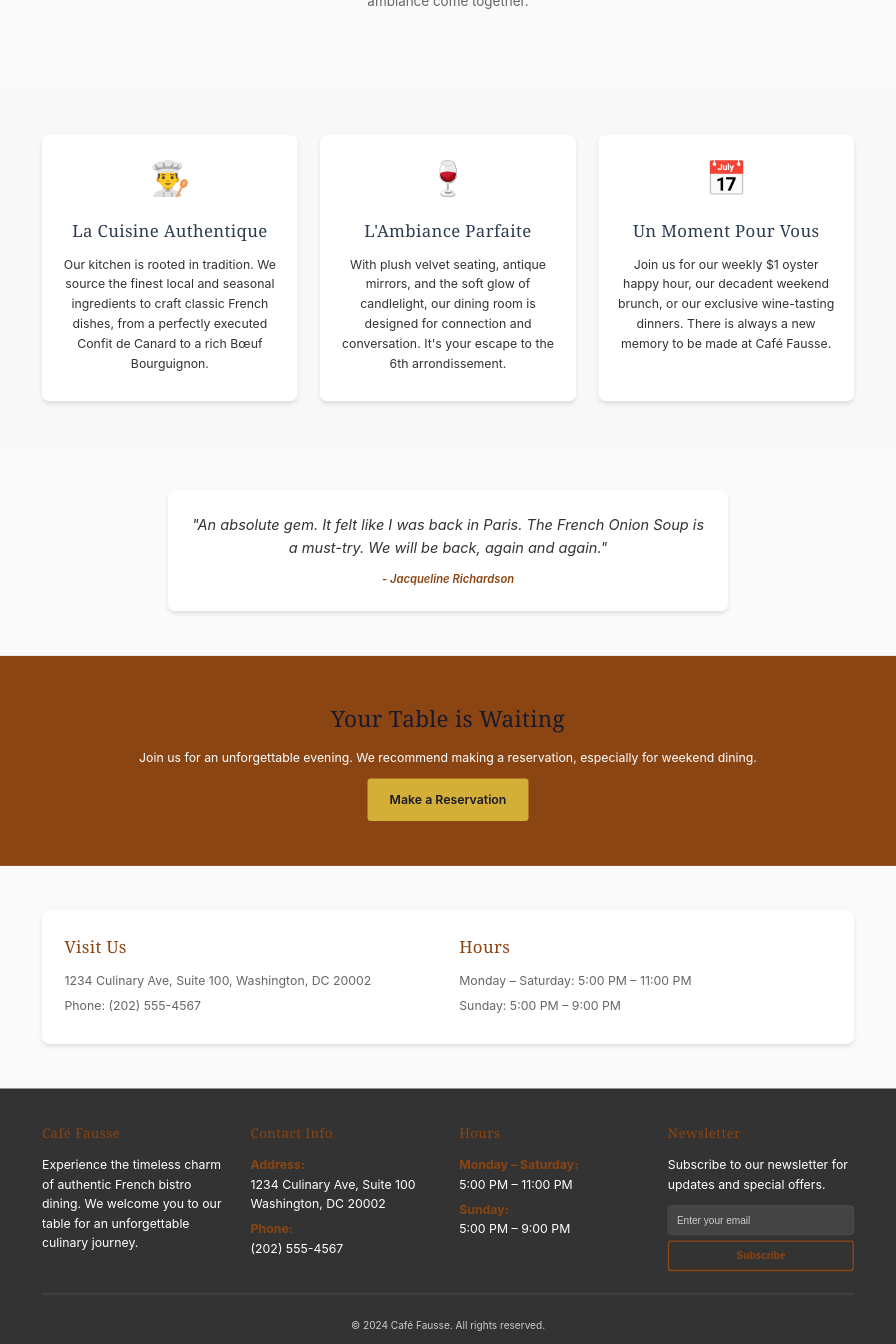
Repository: MatVanDenArt/MSSE-Cafe-Fausse
Page: / (app in frontend/)
The author's editor kept a copy of each file at every save. The page is drawn from the files as they stood at one save, then again after the next save.
The browser window is 1280 px wide. The pictures show the part of the page from y = 1050 to 2970 px (the page is 2970 px tall), at 70% of full size.
The page's requests for data from a server got no answer. The project was rebuilt for these pictures with package versions that can differ from the ones it lists, and the page was loaded fresh each time. No one was signed in, and anything a server would have sent is missing. Also part of the build but not shown: frontend/src/pages/Menu.css, frontend/src/pages/Menu.js, frontend/src/pages/Reservations.css, frontend/src/pages/Reservations.js, frontend/src/pages/About.css, frontend/src/pages/About.js, frontend/src/pages/Gallery.css, frontend/src/pages/Gallery.js.

Above is the page before, as saved 2025-10-26 15:05:06.

### frontend/src/App.js
import React from "react";
import { BrowserRouter as Router, Routes, Route } from "react-router-dom";
import "./App.css";

// Import components
import Header from "./components/Header";
import Footer from "./components/Footer";
import Home from "./pages/Home";
import Menu from "./pages/Menu";
import Reservations from "./pages/Reservations";
import About from "./pages/About";
import Gallery from "./pages/Gallery";

function App() {
  return (
    <Router>
      <div className="App">
        <Header />
        <main className="main-content">
          <Routes>
            <Route path="/" element={<Home />} />
            <Route path="/menu" element={<Menu />} />
            <Route path="/reservations" element={<Reservations />} />
            <Route path="/about" element={<About />} />
            <Route path="/gallery" element={<Gallery />} />
          </Routes>
        </main>
        <Footer />
      </div>
    </Router>
  );
}

export default App;

### frontend/src/App.css
/* Global Styles */
* {
  margin: 0;
  padding: 0;
  box-sizing: border-box;
}

@import url("https://fonts.googleapis.com/css2?family=Cormorant+Garamond:ital,wght@0,300;0,400;0,500;0,600;0,700;1,300;1,400;1,500;1,600&family=Inter:wght@300;400;500;600&family=Source+Sans+Pro:ital,wght@0,300;0,400;0,600;1,300;1,400&display=swap");

body {
  font-family: "Inter", "Source Sans Pro", "Helvetica Neue", "Arial", sans-serif;
  line-height: 1.6;
  color: #333;
  background-color: #fafafa;
  font-weight: 400;
}

.App {
  min-height: 100vh;
  display: flex;
  flex-direction: column;
}

.main-content {
  flex: 1;
  padding-top: 80px; /* Account for fixed header */
}

/* Typography */
h1,
h2,
h3,
h4,
h5,
h6 {
  font-family: "Cormorant Garamond", "EB Garamond", "Georgia", "Times New Roman",
    serif;
  font-weight: 500;
  margin-bottom: 1rem;
  letter-spacing: 0.5px;
}

h1 {
  font-size: 2.5rem;
  color: #1a1a2e;
}

h2 {
  font-size: 2rem;
  color: #1a1a2e;
}

h3 {
  font-size: 1.5rem;
  color: #2c3e50;
}

p {
  margin-bottom: 1rem;
  font-size: 1.1rem;
  font-family: "Inter", "Source Sans Pro", "Helvetica Neue", "Arial", sans-serif;
}

/* Container */
.container {
  max-width: 1200px;
  margin: 0 auto;
  padding: 0 20px;
}

/* Grid System */
.grid {
  display: grid;
  gap: 2rem;
}

.grid-2 {
  grid-template-columns: repeat(auto-fit, minmax(300px, 1fr));
}

.grid-3 {
  grid-template-columns: repeat(auto-fit, minmax(250px, 1fr));
}

.grid-4 {
  grid-template-columns: repeat(auto-fit, minmax(200px, 1fr));
}

/* Flexbox Utilities */
.flex {
  display: flex;
}

.flex-center {
  display: flex;
  justify-content: center;
  align-items: center;
}

.flex-between {
  display: flex;
  justify-content: space-between;
  align-items: center;
}

.flex-column {
  display: flex;
  flex-direction: column;
}

/* Buttons */
.btn {
  display: inline-block;
  padding: 12px 24px;
  background-color: #d4af37;
  color: #1a1a2e;
  text-decoration: none;
  border: none;
  border-radius: 5px;
  font-size: 1rem;
  font-weight: 600;
  cursor: pointer;
  transition: all 0.3s ease;
  text-align: center;
}

.btn:hover {
  background-color: #b8941f;
  transform: translateY(-2px);
  box-shadow: 0 4px 12px rgba(212, 175, 55, 0.3);
}

.btn-secondary {
  background-color: transparent;
  color: #d4af37;
  border: 2px solid #d4af37;
}

.btn-secondary:hover {
  background-color: #d4af37;
  color: #1a1a2e;
}

.btn-large {
  padding: 16px 32px;
  font-size: 1.1rem;
}

/* Forms */
.form-group {
  margin-bottom: 1.5rem;
}

.form-label {
  display: block;
  margin-bottom: 0.5rem;
  font-weight: 600;
  color: #2c3e50;
}

.form-input,
.form-select,
.form-textarea {
  width: 100%;
  padding: 12px;
  border: 2px solid #ddd;
  border-radius: 5px;
  font-size: 1rem;
  transition: border-color 0.3s ease;
}

.form-input:focus,
.form-select:focus,
.form-textarea:focus {
  outline: none;
  border-color: #d4af37;
  box-shadow: 0 0 0 3px rgba(212, 175, 55, 0.1);
}

.form-textarea {
  resize: vertical;
  min-height: 100px;
}

/* Cards */
.card {
  background: white;
  border-radius: 10px;
  box-shadow: 0 4px 6px rgba(0, 0, 0, 0.1);
  overflow: hidden;
  transition: transform 0.3s ease;
}

.card:hover {
  transform: translateY(-5px);
}

.card-body {
  padding: 1.5rem;
}

.card-title {
  font-size: 1.25rem;
  margin-bottom: 0.5rem;
  color: #1a1a2e;
}

.card-text {
  color: #666;
  margin-bottom: 1rem;
}

/* Images */
.img-responsive {
  width: 100%;
  height: auto;
  display: block;
}

.img-rounded {
  border-radius: 10px;
}

/* Sections */
.section {
  padding: 4rem 0;
}

.section-dark {
  background-color: #8b4513;
  color: white;
}

.section-light {
  background-color: #f8f8f8;
}

.section-title {
  text-align: center;
  margin-bottom: 3rem;
}

.section-title h2 {
  font-size: 2.5rem;
  margin-bottom: 1rem;
}

.section-title p {
  font-size: 1.2rem;
  color: #666;
  max-width: 600px;
  margin: 0 auto;
}

/* Hero Section - Moved to Home.css */

.hero-content h1 {
  font-size: 3.5rem;
  margin-bottom: 1rem;
  color: white;
}

.hero-content p {
  font-size: 1.3rem;
  margin-bottom: 2rem;
  max-width: 600px;
}

.hero-buttons {
  display: flex;
  gap: 1rem;
  justify-content: center;
  flex-wrap: wrap;
}

/* Navigation */
.nav {
  background-color: white;
  box-shadow: 0 2px 10px rgba(0, 0, 0, 0.1);
  position: fixed;
  top: 0;
  left: 0;
  right: 0;
  z-index: 1000;
}

.nav-container {
  display: flex;
  justify-content: space-between;
  align-items: center;
  padding: 1rem 0;
}

.nav-logo {
  font-size: 1.5rem;
  font-weight: bold;
  color: #8b4513;
  text-decoration: none;
}

.nav-menu {
  display: flex;
  list-style: none;
  gap: 2rem;
}

.nav-link {
  color: #333;
  text-decoration: none;
  font-weight: 500;
  transition: color 0.3s ease;
}

.nav-link:hover {
  color: #8b4513;
}

/* Footer */
.footer {
  background-color: #333;
  color: white;
  padding: 3rem 0 1rem;
}

.footer-content {
  display: grid;
  grid-template-columns: repeat(auto-fit, minmax(250px, 1fr));
  gap: 2rem;
  margin-bottom: 2rem;
}

.footer-section h3 {
  color: #8b4513;
  margin-bottom: 1rem;
}

.footer-bottom {
  text-align: center;
  padding-top: 2rem;
  border-top: 1px solid #555;
  color: #ccc;
}

/* Responsive Design */
@media (max-width: 768px) {
  .container {
    padding: 0 15px;
  }

  .hero-content h1 {
    font-size: 2.5rem;
  }

  .hero-content p {
    font-size: 1.1rem;
  }

  .hero-buttons {
    flex-direction: column;
    align-items: center;
  }

  .nav-menu {
    flex-direction: column;
    gap: 1rem;
  }

  .grid-2,
  .grid-3,
  .grid-4 {
    grid-template-columns: 1fr;
  }

  h1 {
    font-size: 2rem;
  }

  h2 {
    font-size: 1.5rem;
  }
}

@media (max-width: 480px) {
  .hero-content h1 {
    font-size: 2rem;
  }

  .section {
    padding: 2rem 0;
  }

  .btn {
    padding: 10px 20px;
    font-size: 0.9rem;
  }
}

/* Utility Classes */
.text-center {
  text-align: center;
}

.text-left {
  text-align: left;
}

.text-right {
  text-align: right;
}

.mb-1 {
  margin-bottom: 0.5rem;
}
.mb-2 {
  margin-bottom: 1rem;
}
.mb-3 {
  margin-bottom: 1.5rem;
}
.mb-4 {
  margin-bottom: 2rem;
}

.mt-1 {
  margin-top: 0.5rem;
}
.mt-2 {
  margin-top: 1rem;
}
.mt-3 {
  margin-top: 1.5rem;
}
.mt-4 {
  margin-top: 2rem;
}

.p-1 {
  padding: 0.5rem;
}
.p-2 {
  padding: 1rem;
}
.p-3 {
  padding: 1.5rem;
}
.p-4 {
  padding: 2rem;
}

.hidden {
  display: none;
}

.visible {
  display: block;
}

### frontend/src/components/Header.js
import React, { useState } from "react";
import { Link, useLocation } from "react-router-dom";
import "./Header.css";

const Header = () => {
  const [isMenuOpen, setIsMenuOpen] = useState(false);
  const location = useLocation();

  const toggleMenu = () => {
    setIsMenuOpen(!isMenuOpen);
  };

  const closeMenu = () => {
    setIsMenuOpen(false);
  };

  const isActive = (path) => {
    return location.pathname === path ? "active" : "";
  };

  return (
    <nav className="nav">
      <div className="container">
        <div className="nav-container">
          <Link to="/" className="nav-logo" onClick={closeMenu}>
            <img
              src="/images/Logo - Cafe Fausse.png"
              alt="Café Fausse Logo"
              className="nav-logo-img"
            />
            <span className="nav-logo-text">Café Fausse</span>
          </Link>

          <div className={`nav-menu ${isMenuOpen ? "nav-menu-open" : ""}`}>
            <Link
              to="/"
              className={`nav-link ${isActive("/")}`}
              onClick={closeMenu}
            >
              Home
            </Link>
            <Link
              to="/menu"
              className={`nav-link ${isActive("/menu")}`}
              onClick={closeMenu}
            >
              Menu
            </Link>
            <Link
              to="/reservations"
              className={`nav-link ${isActive("/reservations")}`}
              onClick={closeMenu}
            >
              Reservations
            </Link>
            <Link
              to="/about"
              className={`nav-link ${isActive("/about")}`}
              onClick={closeMenu}
            >
              About Us
            </Link>
            <Link
              to="/gallery"
              className={`nav-link ${isActive("/gallery")}`}
              onClick={closeMenu}
            >
              Gallery
            </Link>
          </div>

          <button
            className="nav-toggle"
            onClick={toggleMenu}
            aria-label="Toggle navigation menu"
          >
            <span className="nav-toggle-line"></span>
            <span className="nav-toggle-line"></span>
            <span className="nav-toggle-line"></span>
          </button>
        </div>
      </div>
    </nav>
  );
};

export default Header;

### frontend/src/components/Footer.js
import React, { useState } from "react";
import "./Footer.css";

const Footer = () => {
  const [email, setEmail] = useState("");
  const [isSubscribed, setIsSubscribed] = useState(false);
  const [isLoading, setIsLoading] = useState(false);

  const handleNewsletterSubmit = async (e) => {
    e.preventDefault();
    if (!email) return;

    setIsLoading(true);
    try {
      const response = await fetch("http://localhost:5000/api/newsletter", {
        method: "POST",
        headers: {
          "Content-Type": "application/json",
        },
        body: JSON.stringify({ email }),
      });

      if (response.ok) {
        setIsSubscribed(true);
        setEmail("");
      } else {
        const error = await response.json();
        console.error("Newsletter signup error:", error);
      }
    } catch (error) {
      console.error("Newsletter signup error:", error);
    } finally {
      setIsLoading(false);
    }
  };

  return (
    <footer className="footer">
      <div className="container">
        <div className="footer-content">
          <div className="footer-section">
            <h3>Café Fausse</h3>
            <p>
              Experience the timeless charm of authentic French bistro dining.
              We welcome you to our table for an unforgettable culinary journey.
            </p>
          </div>

          <div className="footer-section">
            <h3>Contact Info</h3>
            <p>
              <strong>Address:</strong><br />
              1234 Culinary Ave, Suite 100<br />
              Washington, DC 20002
            </p>
            <p>
              <strong>Phone:</strong><br />
              (202) 555-4567
            </p>
          </div>

          <div className="footer-section">
            <h3>Hours</h3>
            <p>
              <strong>Monday – Saturday:</strong><br />
              5:00 PM – 11:00 PM
            </p>
            <p>
              <strong>Sunday:</strong><br />
              5:00 PM – 9:00 PM
            </p>
          </div>

          <div className="footer-section">
            <h3>Newsletter</h3>
            <p>Subscribe to our newsletter for updates and special offers.</p>
            {isSubscribed ? (
              <div className="newsletter-success">
                <p>Thank you for subscribing!</p>
              </div>
            ) : (
              <form onSubmit={handleNewsletterSubmit} className="newsletter-form">
                <input
                  type="email"
                  placeholder="Enter your email"
                  value={email}
                  onChange={(e) => setEmail(e.target.value)}
                  required
                  className="newsletter-input"
                />
                <button
                  type="submit"
                  disabled={isLoading}
                  className="btn btn-secondary newsletter-btn"
                >
                  {isLoading ? "Subscribing..." : "Subscribe"}
                </button>
              </form>
            )}
          </div>
        </div>

        <div className="footer-bottom">
          <p>&copy; 2024 Café Fausse. All rights reserved.</p>
        </div>
      </div>
    </footer>
  );
};

export default Footer;

### frontend/src/components/Header.css
.nav {
  background-color: white;
  box-shadow: 0 2px 10px rgba(0, 0, 0, 0.1);
  position: fixed;
  top: 0;
  left: 0;
  right: 0;
  z-index: 1000;
}

.nav-container {
  display: flex;
  justify-content: space-between;
  align-items: center;
  padding: 1rem 0;
}

.nav-logo {
  display: flex;
  align-items: center;
  gap: 0.5rem;
  text-decoration: none;
  font-family: "Cormorant Garamond", "EB Garamond", "Georgia", "Times New Roman",
    serif;
  font-weight: 500;
  letter-spacing: 0.5px;
}

.nav-logo-img {
  height: 40px;
  width: auto;
}

.nav-logo-text {
  font-size: 1.5rem;
  font-weight: bold;
  color: #8b4513;
}

.nav-logo:hover .nav-logo-text {
  color: #a0522d;
}

.nav-menu {
  display: flex;
  list-style: none;
  gap: 2rem;
  margin: 0;
  padding: 0;
}

.nav-link {
  color: #333;
  text-decoration: none;
  font-weight: 500;
  transition: color 0.3s ease;
  padding: 0.5rem 0;
  position: relative;
}

.nav-link:hover,
.nav-link.active {
  color: #8b4513;
}

.nav-link.active::after {
  content: "";
  position: absolute;
  bottom: 0;
  left: 0;
  right: 0;
  height: 2px;
  background-color: #8b4513;
}

.nav-toggle {
  display: none;
  flex-direction: column;
  background: none;
  border: none;
  cursor: pointer;
  padding: 0.5rem;
}

.nav-toggle-line {
  width: 25px;
  height: 3px;
  background-color: #8b4513;
  margin: 3px 0;
  transition: 0.3s;
}

/* Mobile Navigation */
@media (max-width: 768px) {
  .nav-toggle {
    display: flex;
  }

  .nav-menu {
    position: fixed;
    top: 100%;
    left: 0;
    right: 0;
    background-color: white;
    flex-direction: column;
    padding: 2rem;
    box-shadow: 0 2px 10px rgba(0, 0, 0, 0.1);
    transform: translateY(-100%);
    opacity: 0;
    visibility: hidden;
    transition: all 0.3s ease;
  }

  .nav-menu-open {
    transform: translateY(0);
    opacity: 1;
    visibility: visible;
  }

  .nav-link {
    padding: 1rem 0;
    border-bottom: 1px solid #eee;
    text-align: center;
  }

  .nav-link:last-child {
    border-bottom: none;
  }

  .nav-toggle-line:nth-child(1) {
    transform: rotate(45deg) translate(5px, 5px);
  }

  .nav-toggle-line:nth-child(2) {
    opacity: 0;
  }

  .nav-toggle-line:nth-child(3) {
    transform: rotate(-45deg) translate(7px, -6px);
  }
}

### frontend/src/components/Footer.css
.footer {
  background-color: #333;
  color: white;
  padding: 3rem 0 1rem;
  margin-top: auto;
}

.footer-content {
  display: grid;
  grid-template-columns: repeat(auto-fit, minmax(250px, 1fr));
  gap: 2rem;
  margin-bottom: 2rem;
}

.footer-section h3 {
  color: #8b4513;
  margin-bottom: 1rem;
  font-size: 1.2rem;
  font-family: "Cormorant Garamond", "EB Garamond", "Georgia", "Times New Roman",
    serif;
  font-weight: 500;
  letter-spacing: 0.5px;
}

.footer-section p {
  margin-bottom: 0.5rem;
  line-height: 1.6;
}

.footer-section strong {
  color: #8b4513;
}

.newsletter-form {
  display: flex;
  flex-direction: column;
  gap: 0.5rem;
  margin-top: 1rem;
}

.newsletter-input {
  padding: 0.75rem;
  border: 1px solid #555;
  border-radius: 5px;
  background-color: #444;
  color: white;
  font-size: 0.9rem;
}

.newsletter-input::placeholder {
  color: #ccc;
}

.newsletter-input:focus {
  outline: none;
  border-color: #8b4513;
}

.newsletter-btn {
  padding: 0.75rem;
  font-size: 0.9rem;
  border: 2px solid #8b4513;
  background-color: transparent;
  color: #8b4513;
}

.newsletter-btn:hover {
  background-color: #8b4513;
  color: white;
}

.newsletter-btn:disabled {
  opacity: 0.6;
  cursor: not-allowed;
}

.newsletter-success {
  background-color: #4caf50;
  padding: 1rem;
  border-radius: 5px;
  text-align: center;
  margin-top: 1rem;
}

.newsletter-success p {
  margin: 0;
  color: white;
  font-weight: 600;
}

.footer-bottom {
  text-align: center;
  padding-top: 2rem;
  border-top: 1px solid #555;
  color: #ccc;
}

.footer-bottom p {
  margin: 0;
  font-size: 0.9rem;
}

@media (max-width: 768px) {
  .footer {
    padding: 2rem 0 1rem;
  }

  .footer-content {
    grid-template-columns: 1fr;
    gap: 1.5rem;
  }

  .newsletter-form {
    flex-direction: column;
  }
}

### frontend/src/pages/Home.css
.home {
  min-height: 100vh;
}

.hero {
  height: 100vh;
  display: flex;
  align-items: center;
  justify-content: center;
  text-align: center;
  color: white;
  position: relative;
}

.hero-content h1 {
  font-size: 3.5rem;
  margin-bottom: 1rem;
  color: white;
  text-shadow: 2px 2px 4px rgba(0, 0, 0, 0.5);
}

.hero-content p {
  font-size: 1.3rem;
  margin-bottom: 2rem;
  max-width: 600px;
  text-shadow: 1px 1px 2px rgba(0, 0, 0, 0.5);
}

.hero-buttons {
  display: flex;
  gap: 1rem;
  justify-content: center;
  flex-wrap: wrap;
}

.pillar-icon {
  font-size: 3rem;
  margin-bottom: 1rem;
}

.testimonial {
  text-align: center;
  max-width: 800px;
  margin: 0 auto;
  padding: 2rem;
  background: white;
  border-radius: 10px;
  box-shadow: 0 4px 6px rgba(0, 0, 0, 0.1);
}

.testimonial blockquote {
  font-size: 1.3rem;
  font-style: italic;
  margin-bottom: 1rem;
  color: #333;
  line-height: 1.6;
}

.testimonial cite {
  font-size: 1rem;
  color: #8b4513;
  font-weight: 600;
}

.contact-info {
  background: white;
  padding: 2rem;
  border-radius: 10px;
  box-shadow: 0 4px 6px rgba(0, 0, 0, 0.1);
}

.contact-info h3 {
  color: #8b4513;
  margin-bottom: 1rem;
}

.contact-info p {
  margin-bottom: 0.5rem;
  color: #666;
}

@media (max-width: 768px) {
  .hero-content h1 {
    font-size: 2.5rem;
  }

  .hero-content p {
    font-size: 1.1rem;
  }

  .hero-buttons {
    flex-direction: column;
    align-items: center;
  }

  .pillar-icon {
    font-size: 2.5rem;
  }

  .testimonial {
    padding: 1.5rem;
  }

  .testimonial blockquote {
    font-size: 1.1rem;
  }

  .contact-info {
    padding: 1.5rem;
  }
}

@media (max-width: 480px) {
  .hero-content h1 {
    font-size: 2rem;
  }

  .hero-content p {
    font-size: 1rem;
  }

  .testimonial {
    padding: 1rem;
  }

  .testimonial blockquote {
    font-size: 1rem;
  }
}

Loaded but not shown: frontend/public/index.html (common file); frontend/src/index.js (common file); frontend/src/index.css (common file); frontend/src/reportWebVitals.js (common file); frontend/src/pages/Home.js (180 lines, source omitted)

After the next save:
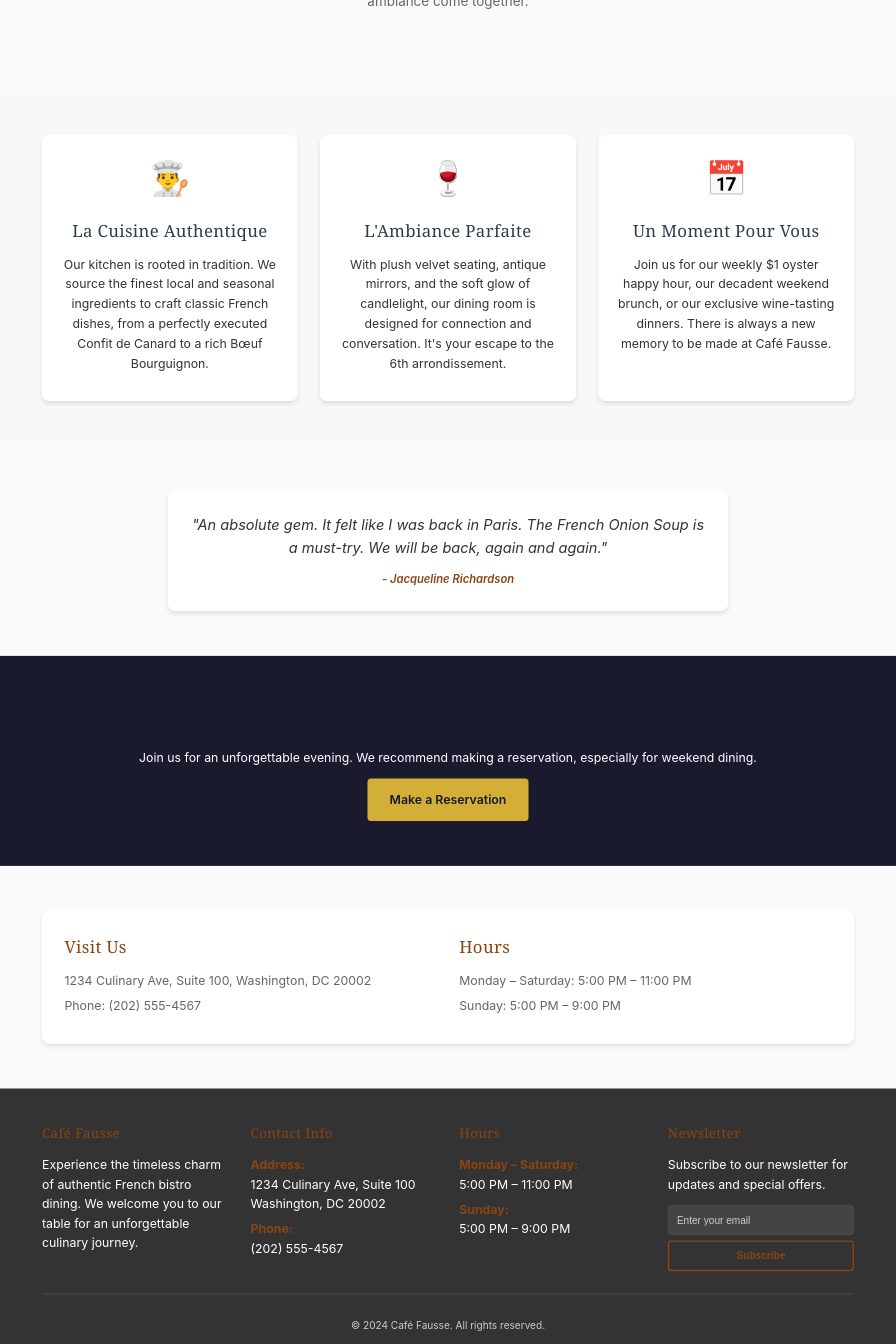
Saved 4 s later.
--- a/frontend/src/App.css
+++ b/frontend/src/App.css
@@ -227,7 +227,7 @@ p {
 }
 
 .section-dark {
-  background-color: #8b4513;
+  background-color: #1a1a2e;
   color: white;
 }
 
